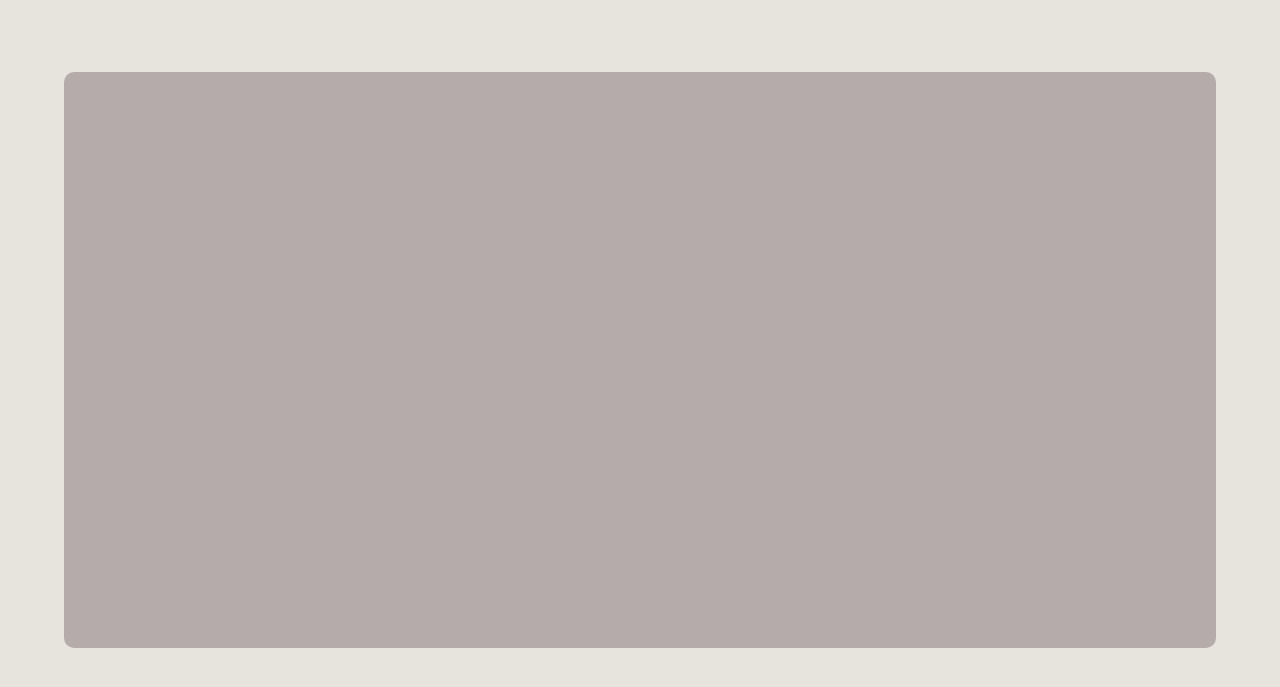
Repository: ComplexCodes/Chat-app
Page: /
An editor plug-in stored every save of this project. The page is shown before and after the next save, followed by the edit.
The browser window is 1280 px wide. The pictures show the whole page.
The project was rebuilt for these pictures with package versions that can differ from the ones it lists, and the page was loaded fresh each time.

Above is the page before, as saved 2023-06-21 16:21:00.

After the next save:
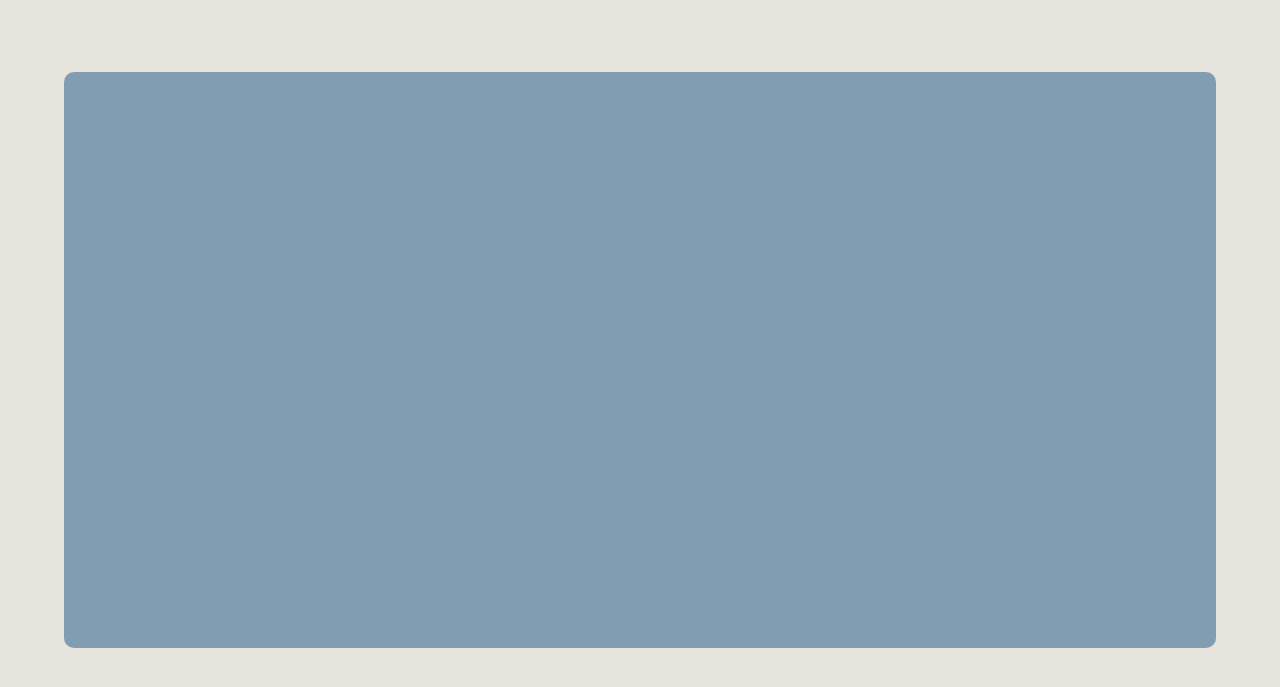
Saved 28 s later.
--- a/src/App.css
+++ b/src/App.css
@@ -14,7 +14,7 @@
 ._main {
   max-width: 90%;
   margin: auto;
-  background-color: #b6abab;
+  background-color: #819db1;
   min-height: 80vh;
   width: 100%;
   border-radius: 10px;
